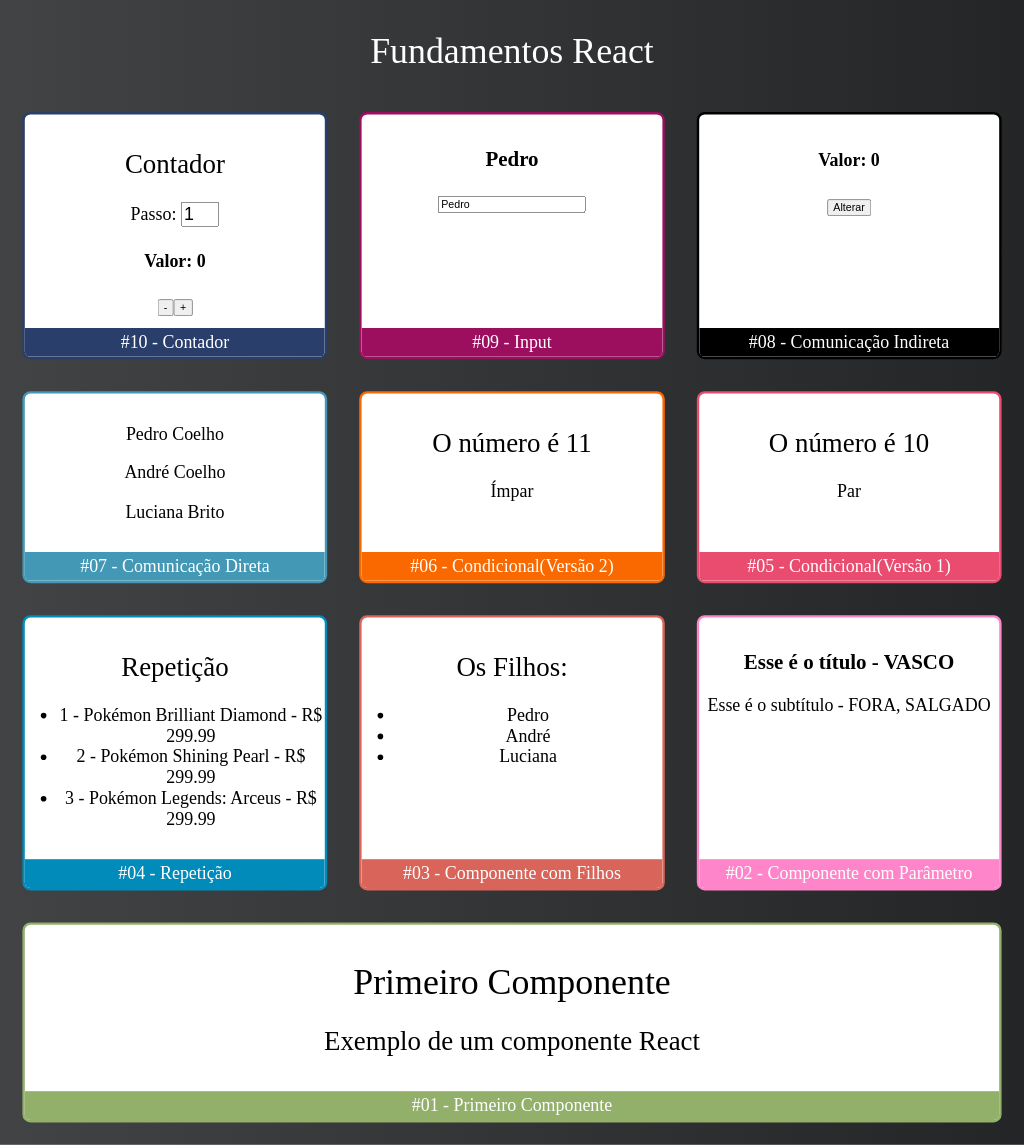
Repository: PedroHQCoelho/fundamentos-react
Page: /
These files come from the project's save history. The page is drawn as it stood at one moment and after the next save; the edit follows.
The browser window is 1280 px wide. The pictures show the whole page, at 80% of full size.
The project was rebuilt for these pictures with package versions that can differ from the ones it lists, and the page was loaded fresh each time.

Above is the page before, as saved 2021-12-16 13:23:08.

After the next save:
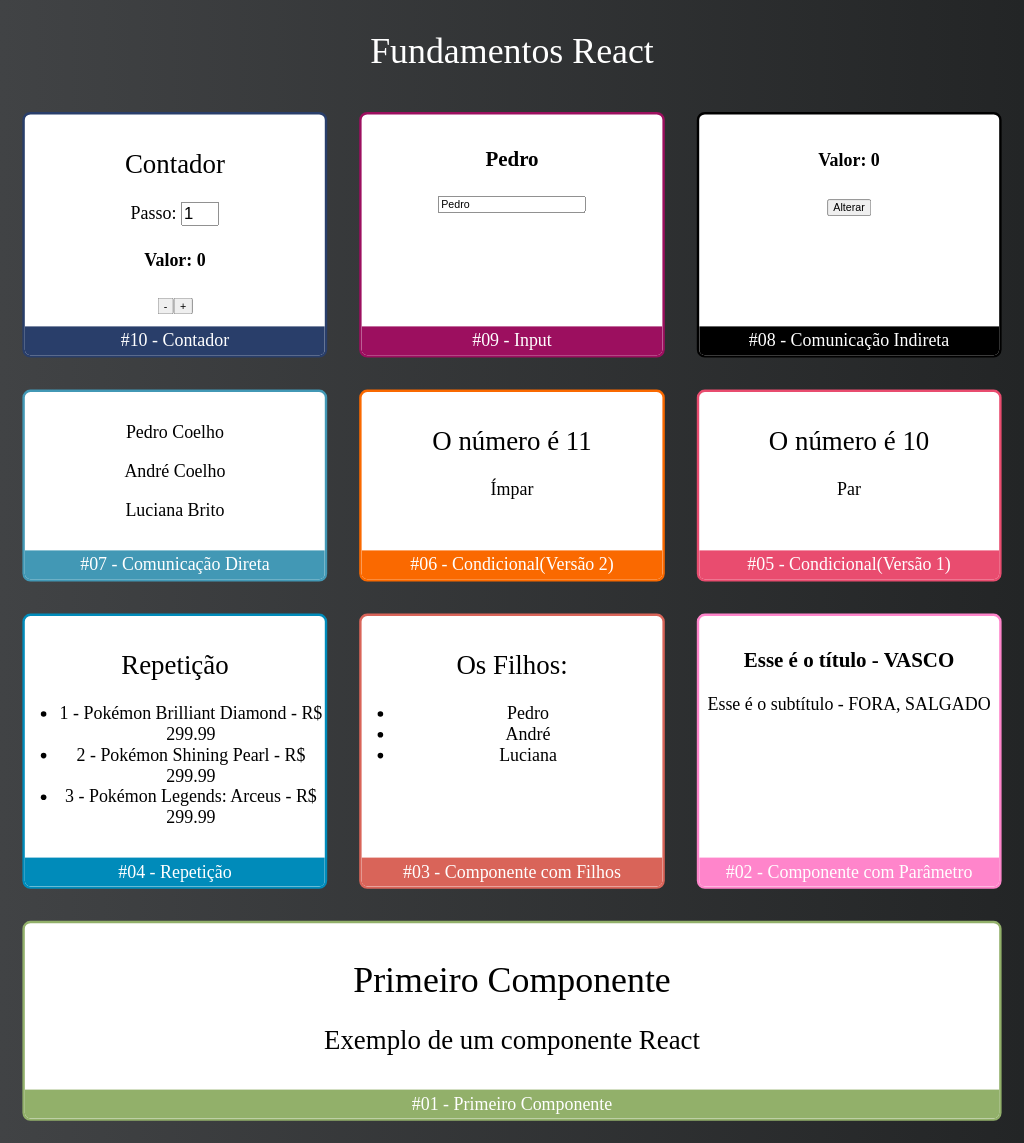
Saved 32 s later.
--- a/src/components/contador/Contador.jsx
+++ b/src/components/contador/Contador.jsx
@@ -25,7 +25,7 @@ export default class Contador extends Component {
                 <h2>Contador</h2>
                 <div>
                     <label for="passoInput">Passo: </label>
-                    <input id="passoInput" type="number" style={{fontSize: '1.4rem', width: '40px'}}
+                    <input id="passoInput" type="number" style={{fontSize: '1.3rem', width: '40px'}}
                         value={this.state.passo}
                         onChange={e => this.setState({ passo: +e.target.value })}/>
                 </div>
